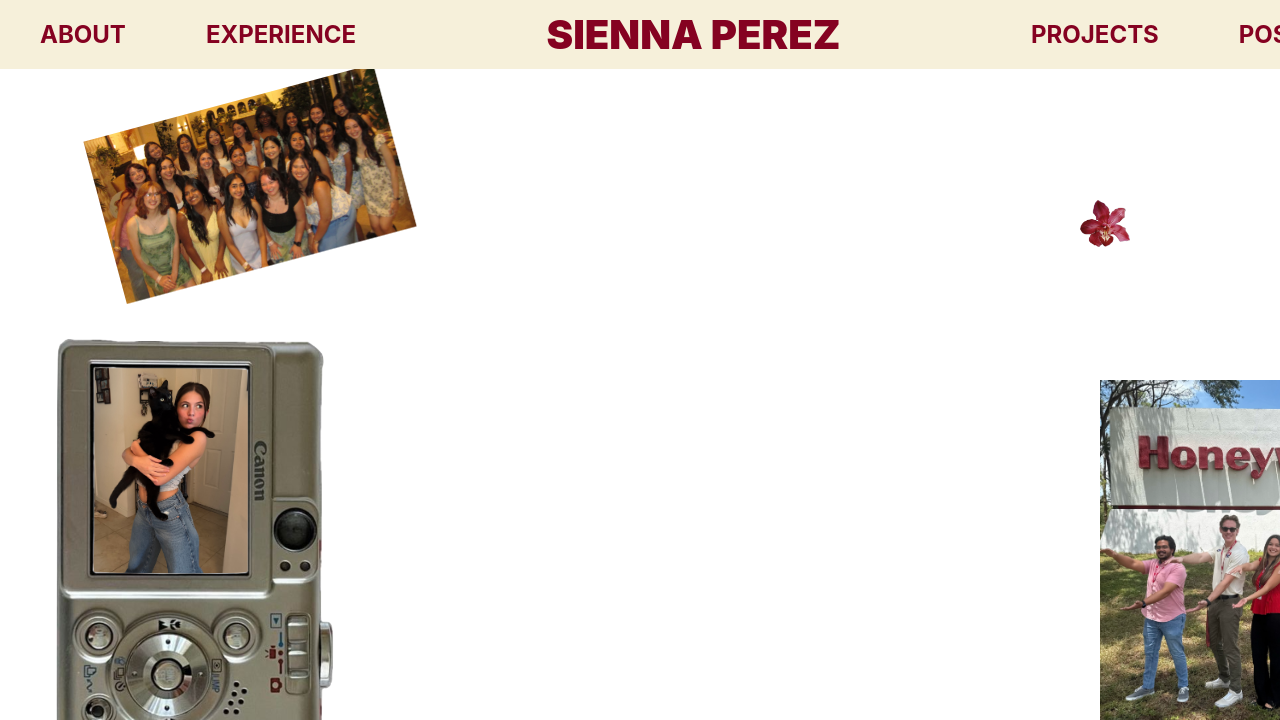
Repository: siennaperez/siennaperezweb
Page: /
The author's editor kept a copy of each file at every save. The page is drawn from the files as they stood at one save, then again after the next save.
The browser window is 1280 px wide. The pictures show the whole page.
The project was rebuilt for these pictures with package versions that can differ from the ones it lists, and the page was loaded fresh each time. Also part of the build but not shown: src/pages/About.css, src/pages/About.js, src/pages/Experience.css, src/pages/Experience.js.

Above is the page before, as saved 2025-09-24 12:57:49.

### src/App.js
import './App.css';
import ReactDOM from "react-dom/client";
import { HashRouter, Routes, Route, Link } from "react-router-dom";
import Navbar from "./components/Navbar";
import Home from "./pages/Home";
import About from "./pages/About";
import Experience from "./pages/Experience";


function App() {
  return (
    <HashRouter>
      <Navbar />
      <Routes>
        <Route path="/" element={<Home />} />
        <Route path="/about" element={<About />} />
        <Route path="/experience" element={<Experience />} />

      </Routes>
    </HashRouter>
  );
}

export default App;

### src/App.css
.App {
  text-align: center;
}

.App-logo {
  height: 40vmin;
  pointer-events: none;
}

@media (prefers-reduced-motion: no-preference) {
  .App-logo {
    animation: App-logo-spin infinite 20s linear;
  }
}

.App-header {
  background-color: #FFFCEF;
  min-height: 100vh;
  display: flex;
  flex-direction: column;
  align-items: center;
  justify-content: center;
  font-size: calc(10px + 2vmin);
  color: white;
}

.App-link {
  color: #61dafb;
}

@keyframes App-logo-spin {
  from {
    transform: rotate(0deg);
  }
  to {
    transform: rotate(360deg);
  }
}

### src/components/Navbar.js
import "./Navbar.css";
import { NavLink } from "react-router-dom";

const Navbar = () => {
  return (
    <nav className="navbar">
      <ul className="nav-list">
        <div className="nav-left">
          <li className="nav-item">
            <NavLink to="/about">ABOUT</NavLink>
          </li>
          <li className="nav-item">
            <NavLink to="/experience">EXPERIENCE</NavLink>
          </li>
        </div>

        <div className="nav-center">
          <li className="nav-item">
            <NavLink to="/">SIENNA PEREZ</NavLink>
          </li>
        </div>

        <div className="nav-right">
          <li className="nav-item">
            <NavLink to="/projects">PROJECTS</NavLink>
          </li>
          <li className="nav-item">
            <NavLink to="/posts">POSTS</NavLink>
          </li>
        </div>
      </ul>
    </nav>
  );
};

export default Navbar;

### src/pages/Home.js
import cam from '../media/cam.png';
import orchid from '../media/orchid.png';
import redpatches from '../media/red-patches.png';
import toops from '../media/sienna_toopy.jpg';
import honeywell from '../media/honeywell_gator.JPG';
import wicse from '../media/wicse.JPG';

import "./Home.css";



function Home() {
  return (
    <div className="App">
        <img src={toops} alt="toops" className="toops-img"/>;
        <img src={cam} alt="cam" className="cam-img"/>;
        <img src={orchid} alt="orchid" className="orchid-img"/>;
        <img src={redpatches} alt="redpatches" className="redpatches-img"/>;
        <img src={honeywell} alt="honeywell" className="honeywell-img"/>;
        <img src={wicse} alt="wicse" className="wicse-img"/>;



        < about />
    </div>

  );
}

export default Home;

### src/components/Navbar.css
.navbar {
  background-color: #F6F0DA;
  padding: 10px 40px;
  position: fixed;
  width: 100%;
  top: 0;
  z-index: 100;
}

.nav-list {
  display: flex;
  justify-content: space-between;
  align-items: center;
  list-style: none;
  margin: 0;
  padding: 0;
  font-weight: bold;
  font-size: 24px;
  color: #850221;
}

.nav-left,
.nav-right {
  display: flex;
  gap: 80px;
}

.nav-center {
  font-size: 40px;
  font-weight: 900;
}

.nav-item a {
  text-decoration: none;
  color: #850221;
}

### src/pages/Home.css


html, body {
  margin: 0;
  padding: 0;
  overflow: hidden;
  width: 100%;
  height: 100%;
}
#root {
  width: 100%;
  height: 100%;
  position: relative;
}

.App{
    position: relative;
}

.toops-img {
  width: 170px;
  height: auto;
  top: 360px;
  left: 80px;
  position: fixed
}

.cam-img {
  position: fixed;
  top: 150px;
  left: -50px;
  width: 450px;
  transform: rotate(90deg);
}

.orchid-img {
  position: absolute;
  top: 200px;
  right: 150px;
  width: 50px;
}

.redpatches-img {
  position: absolute;
  bottom: 50px;
  left: 50%;
  width: 10px;
  size-adjust: 1000%;
  size-adjust: 10px;
}


.honeywell-img {
  position: fixed;
  top: 380px;
  left: 1100px;
  width: 300px;
}

.wicse-img {
  position: fixed;
  top: 100px;
  left: 100px;
  width: 300px;
  transform: rotate(-15deg);
}

Loaded but not shown: public/index.html (common file); src/index.js (common file); src/index.css (common file); src/reportWebVitals.js (common file)

After the next save:
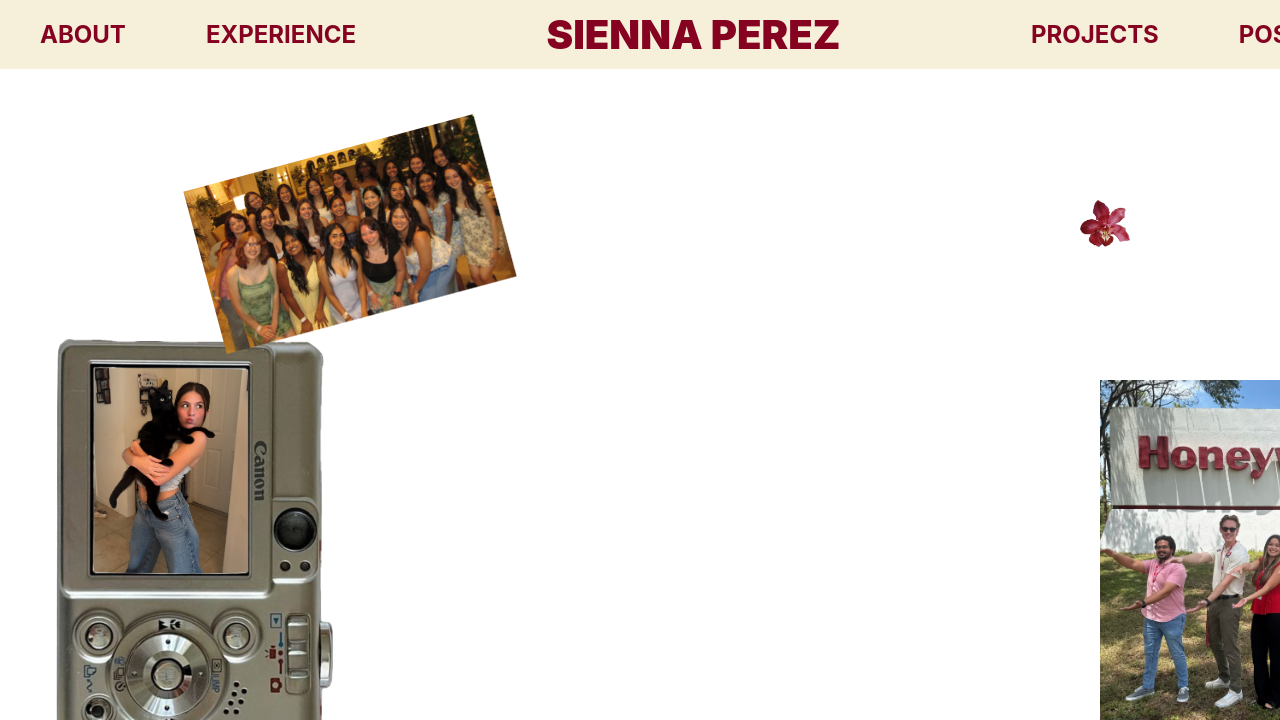
Saved 9 s later.
--- a/src/pages/Home.css
+++ b/src/pages/Home.css
@@ -59,8 +59,8 @@
 
 .wicse-img {
   position: fixed;
-  top: 100px;
-  left: 100px;
+  top: 150px;
+  left: 200px;
   width: 300px;
   transform: rotate(-15deg);
 }
